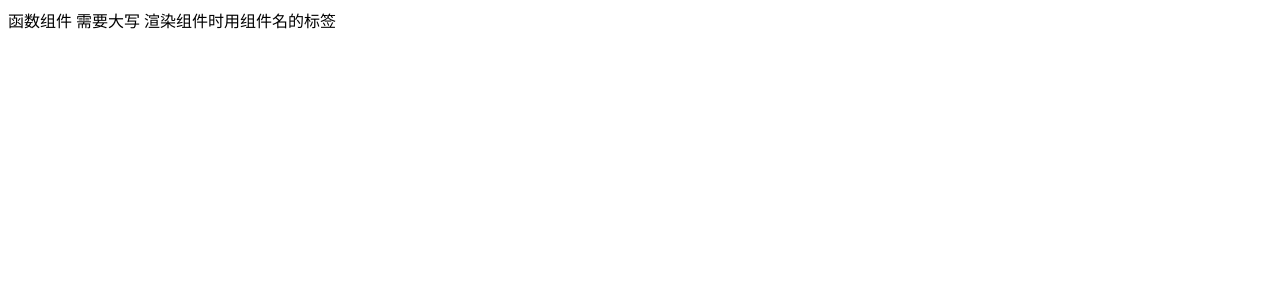
Repository: 404lcy/react-dome
Page: /
These files come from the project's save history. The page is drawn as it stood at one moment and after the next save; the edit follows.
The browser window is 1280 px wide. The pictures show the whole page.
The project was rebuilt for these pictures with package versions that can differ from the ones it lists, and the page was loaded fresh each time.

Above is the page before, as saved 2023-02-06 22:06:28.

After the next save:
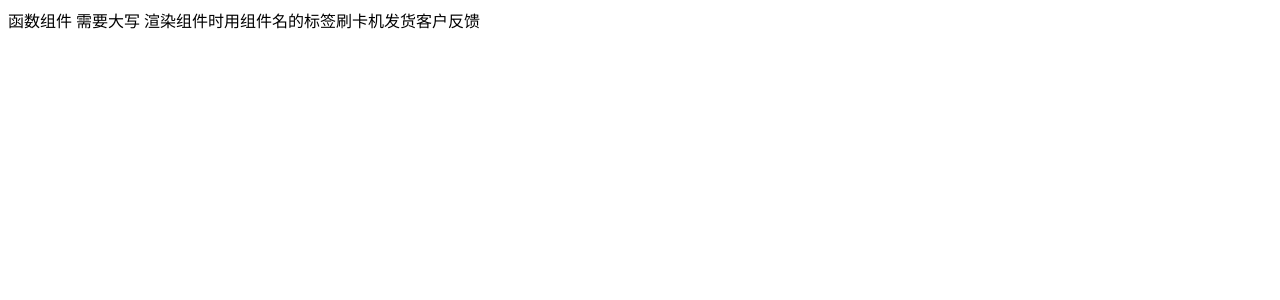
Saved 2 min 15 s later.
--- a/src/index.js
+++ b/src/index.js
@@ -2,4 +2,8 @@ import ReactDom from 'react-dom'
 const Element = () => {
     return <div>函数组件 需要大写 渲染组件时用组件名的标签 </div>
 }
+const Elements = () => {
+    return <div>函数组件 需要大写 渲染组件时用组件名的标签刷卡机发货客户反馈 </div>
+}
 ReactDom.render(<Element />, document.getElementById('root'))
+ReactDom.render(<Elements />, document.getElementById('root'))
